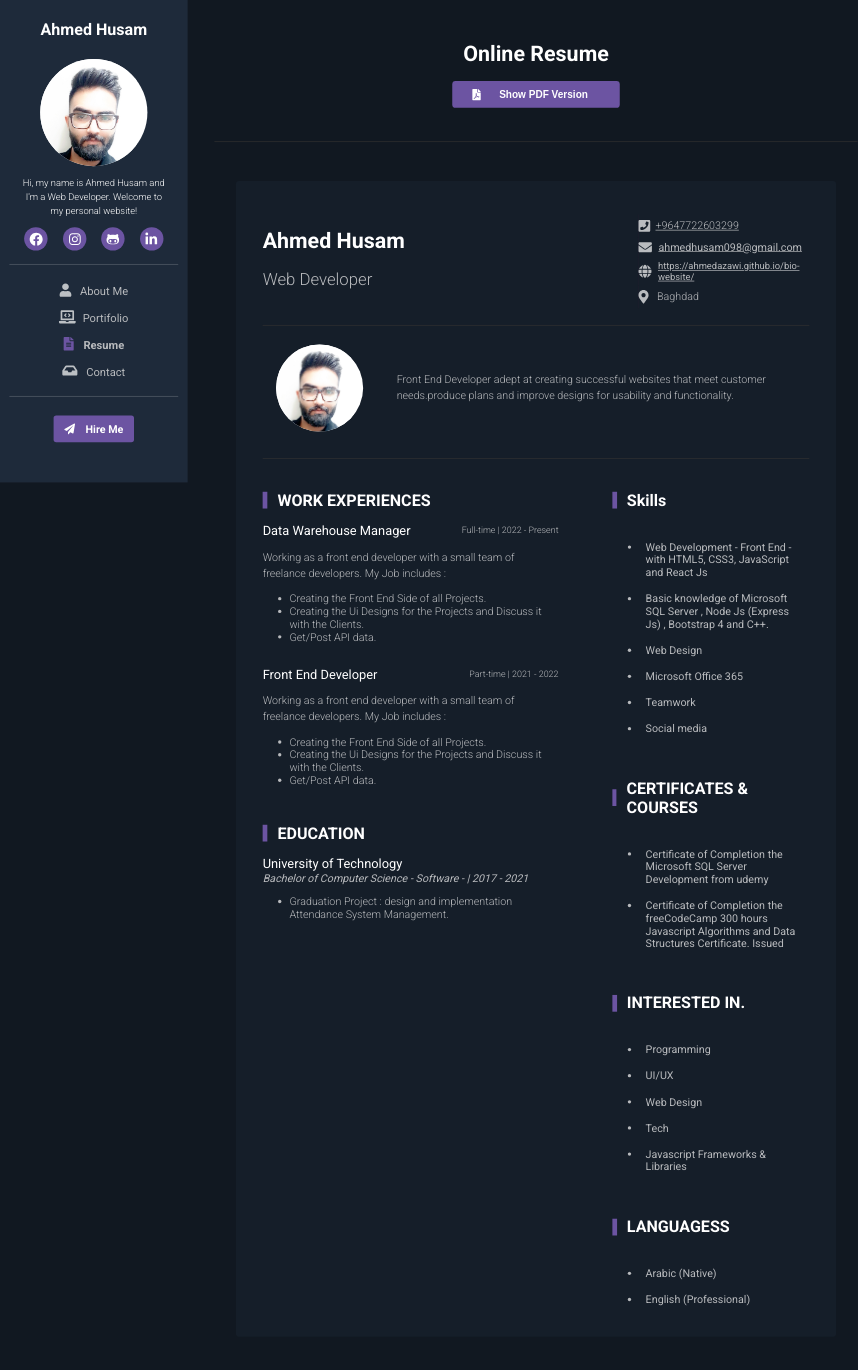
Repository: ahmedazawi/bio-website
Page: /bio-website/resume
These files come from the project's save history. The page is drawn as it stood at one moment and after the next save; the edit follows.
The browser window is 1280 px wide. The pictures show the whole page, at 67% of full size.
The project was rebuilt for these pictures with package versions that can differ from the ones it lists, and the page was loaded fresh each time. Also part of the build but not shown: src/assets/css/routes-files/about-me.css, src/components/home/Head.js, src/assets/css/routes-files/cards.css, src/components/home/Card.js, src/components/home/Cards.js, src/components/home/PojectsCard.js, src/components/home/Projects.js, src/views/AboutMe.js and 2 more.

Above is the page before, as saved 2022-08-05 11:38:15.

### public/index.html
<!DOCTYPE html>
<html lang="en">

<head>
  <meta charset="utf-8" />
  <link rel="icon" href="%PUBLIC_URL%/favicon.ico" />
  <!-- <meta name="viewport" content="width=device-width, initial-scale=1" /> -->
  <meta name="viewport" content="width=device-width">
  <meta name="theme-color" content="#000000" />
  <meta name="description" content="Web site created using create-react-app" />
  <link href="https://fonts.googleapis.com/css?family=Roboto:300,400,500,700" rel="stylesheet">
  <!--
      manifest.json provides metadata used when your web app is installed on a
      user's mobile device or desktop. See https://developers.google.com/web/fundamentals/web-app-manifest/
    -->
  <link rel="manifest" href="%PUBLIC_URL%/manifest.json" />
  <!--
      Notice the use of %PUBLIC_URL% in the tags above.
      It will be replaced with the URL of the `public` folder during the build.
      Only files inside the `public` folder can be referenced from the HTML.

      Unlike "/favicon.ico" or "favicon.ico", "%PUBLIC_URL%/favicon.ico" will
      work correctly both with client-side routing and a non-root public URL.
      Learn how to configure a non-root public URL by running `npm run build`.
    -->

  <title>Bio</title>
</head>

<body>
  <noscript>You need to enable JavaScript to run this app.</noscript>
  <div id="root"></div>
  <!--
      This HTML file is a template.
      If you open it directly in the browser, you will see an empty page.

      You can add webfonts, meta tags, or analytics to this file.
      The build step will place the bundled scripts into the <body> tag.

      To begin the development, run `npm start` or `yarn start`.
      To create a production bundle, use `npm run build` or `yarn build`.
    -->

</body>

</html>

### src/App.js
import "./assets/css/App.css";
import Sidebar from "./components/Sidebar";
import AboutMe from "./views/AboutMe";
import Resume from "./views/Resume";
import Portifolio from "./views/Portifolio";
import Contact from "./views/Contact";
import { BrowserRouter, Switch, Route } from "react-router-dom";

function App() {
  return (
    <div className="app">
      <BrowserRouter basename="/bio-website">
        <Sidebar />
        <div className="side-line">
          <Switch>
            <Route exact path="/" component={AboutMe} />
            <Route path="/resume" component={Resume} />
            <Route path="/portifolio" component={Portifolio} />
            <Route path="/contact" component={Contact} />
          </Switch>
        </div>
      </BrowserRouter>
    </div>
  );
}

export default App;

### src/assets/css/App.css
body {
  margin: 0;
  background: rgba(17, 24, 33);
  color: white;
  font-family: "Roboto";
  /* height: 100%; */
}
.app {
  display: flex;
  flex-direction: row;
  justify-content: flex-start;
}
.side-line {
  margin-left: 320px;
  width: 100%;
}
@media only screen and (max-width: 768px) {
  .app {
    flex-direction: column;
  }
  .side-line {
    margin-left: 0;
  }
}
.primary-btn {
  display: flex;
  flex-direction: row;
  border: none;
  color: rgba(255, 255, 255);
  cursor: pointer;
  width: 180px;
  height: 40px;
  background-color: rgb(108, 84, 162);
  justify-content: center;
  align-items: center;
  border-radius: 5px;
  font-weight: 300;
  transition: all 0.5s;
}
.primary-btn > span {
  margin-left: 10px;
  font-weight: bold;
  font-style: normal;
  font-size: 15px;
}
.primary-btn:hover {
  background-color: rgba(108, 84, 162, 0.8);
  transition: all 0.5s;
}
.secondary-btn {
  display: flex;
  flex-direction: row;
  border: none;
  color: rgba(255, 255, 255);
  cursor: pointer;
  width: 180px;
  height: 40px;
  background-color: rgb(48, 68, 91, 0.6);
  justify-content: center;
  align-items: center;
  border-radius: 5px;
  font-weight: 300;
  transition: all 0.5s;
}
.secondary-btn > span {
  margin-left: 10px;
  font-weight: bold;
  font-style: normal;
  font-size: 15px;
}
.secondary-btn:hover {
  background-color: rgb(48, 68, 91, 1);
  transition: all 0.5s;
}
/* ----------- portifolio & Contact page  ------------*/
.portifolio-header {
  display: flex;
  flex-direction: column;
  align-items: center;
  width: 100%;
}
.portifolio-header > h1 {
  margin-top: 60px;
}
.portifolio-header > p,
span {
  text-align: center;
  width: 70%;
  line-height: 1.5em;
  font-weight: lighter;
  color: rgb(184, 186, 189);
  margin: 0;
}
.portifolio-header > p > a {
  color: rgb(108, 84, 162);
  text-decoration: none;
  font-size: 18px;
}
.portifolio-header > p > a:hover {
  text-decoration: underline;
}
.portifolio-header .contact-icons {
  display: flex;
  flex-direction: row;
  flex-wrap: wrap;
  justify-content: space-between;
  width: 250px;
}
/* ----------------- */
/* ------------ resume page ------------ */
.resume {
  display: flex;
  flex-direction: column;
  align-items: center;
  justify-content: center;
  background-color: rgb(21, 30, 41);
  width: 85%;
  height: 100%;
  padding: 20px 40px;
  margin: 50px 0;
  border-radius: 5px;
}
.resume-head {
  display: flex;
  flex-direction: row;
  justify-content: flex-start;
  align-items: center;
  width: 100%;
}
.resume-head div:first-of-type {
  width: 80%;
}
.resume-head .resume-contact {
  margin-top: 25px;
  padding: 5px;
  display: flex;
  flex-direction: column;
  align-items: flex-start;
  color: rgb(185, 188, 191);
}

.resume-head .resume-contact > div {
  display: flex;
  flex-direction: row;
  align-items: center;
  padding: 5px 0;
  border-left: 1px solid rgb(30, 30, 43);
}
.resume-introduction {
  display: flex;
  flex-direction: row;
  align-items: center;
  padding: 20px;
}
.resume-intro-p {
  margin-left: 50px;
}
.resume-intro-p p {
  line-height: 1.5em;
  font-weight: lighter;
  color: rgb(184, 186, 189);
}

.resume-description {
  display: flex;
  flex-direction: row;
  justify-content: flex-start;
  width: 100%;
}

.resume-description p,
small {
  line-height: 1.5em;
  font-weight: lighter;
  color: rgb(184, 186, 189);
}
.resume-description big {
  color: white;
}
.resume-section-one {
  width: 60%;
  display: flex;
  flex-direction: column;
}
.resume-section-two {
  width: 40%;
  margin-left: 80px;
}
.resume-title {
  display: flex;
  flex-direction: row;
  align-items: center;
  margin-top: 20px;
}
.resume-title > div {
  width: 7px;
  height: 25px;
  background-color: rgb(108, 84, 162);
  margin-right: 15px;
}
.resume-inside-title {
  display: flex;
  flex-direction: row;
  align-items: center;
  justify-content: space-between;
}
.section-two-divs {
  display: flex;
  flex-direction: column;
  justify-content: flex-start;
  color: rgb(184, 186, 189);
}
.section-two-divs > ul > li {
  padding: 10px;
}
@media only screen and (max-width: 1060px) {
  .resume-description {
    flex-direction: column;
  }
  .resume-section-one {
    width: 100%;
    display: flex;
    flex-direction: column;
  }
  .resume-section-two {
    width: 100%;
    margin-left: 0;
  }
}
@media only screen and (max-width: 600px) {
  .resume {
    width: 70vw;
  }
  .resume-head {
    flex-direction: column;
    justify-content: center;
    align-items: flex-start;
    width: 100%;
  }
  .resume-introduction {
    flex-direction: column;
  }
  .resume-intro-p {
    margin-left: 0;
  }
  .resume-intro-p p {
    line-height: 1.5em;
    font-weight: lighter;
    color: rgb(184, 186, 189);
    text-align: center;
  }
}
@media only screen and (max-width: 300px) {
  .resume-contact > div {
    margin: 0;
    flex-wrap: wrap;
  }
  .resume-head {
    padding: 0;
  }
}

### src/views/Resume.js
import React from "react";
import Img from "../assets/images/20211023_173933.jpg";
import { FontAwesomeIcon } from "@fortawesome/react-fontawesome";
import {
  faFilePdf,
  faPhoneSquare,
  faEnvelope,
  faGlobe,
  faMapMarkerAlt,
} from "@fortawesome/free-solid-svg-icons";
const Resume = () => {
  return (
    <div
      style={{
        display: "flex",
        flexDirection: "column",
        alignItems: "center",
      }}
    >
      <div
        style={{
          display: "flex",
          flexDirection: "column",
          alignItems: "center",
          marginTop: "40px",
        }}
      >
        <h1>Online Resume</h1>
        <a
          href="https://drive.google.com/file/d/15pAaGeQzM7rIs7e_jr2EU6NALuMMxu7G/view?usp=sharing"
          style={{
            textDecoration: "none",
          }}
        >
          <button
            style={{ width: "250px", color: "white" }}
            className="primary-btn"
          >
            <FontAwesomeIcon icon={faFilePdf} size="lg" />
            <span style={{ color: "white" }}>Show PDF Version</span>
          </button>
        </a>
      </div>
      <hr
        style={{
          width: "100%",
          marginTop: "50px",
          border: "none",
          height: "1px",
          backgroundColor: "rgb(49, 48, 48)",
        }}
      />

      {/* -------------- */}
      <div className="resume">
        <div className="resume-head">
          <div>
            <h1>Ahmed Husam</h1>
            <span style={{ fontSize: "25px" }}>Web Developer</span>
          </div>
          <div className="resume-contact">
            <div>
              <FontAwesomeIcon icon={faPhoneSquare} size="lg" />
              <span style={{ textDecoration: "underline" }}>
                +9647722603299
              </span>
            </div>
            <div>
              <FontAwesomeIcon
                icon={faEnvelope}
                style={{ marginRight: "10px" }}
                size="lg"
              />
              <a
                href="mailto:ahmedhusam098@gmail.com"
                style={{ color: "rgb(184,186,189)" }}
              >
                ahmedhusam098@gmail.com
              </a>
            </div>
            <div>
              <FontAwesomeIcon
                icon={faGlobe}
                style={{ marginRight: "10px" }}
                size="lg"
              />
              <a
                href="https://ahmedazawi.github.io/bio-website/"
                style={{ color: "rgb(184,186,189)", fontSize: "14px" }}
              >
                https://ahmedazawi.github.io/bio-website/
              </a>
            </div>
            <div>
              <FontAwesomeIcon
                icon={faMapMarkerAlt}
                style={{ marginRight: "13px" }}
                size="lg"
              />
              <span style={{ color: "rgb(184,186,189)", marginLeft: "0" }}>
                Baghdad
              </span>
            </div>
          </div>
        </div>

        {/* -------- */}
        <hr
          style={{
            width: "100%",
            marginTop: "20px",
            border: "none",
            height: "1px",
            backgroundColor: "rgb(49, 48, 48)",
          }}
        />

        <div className="resume-introduction">
          <div>
            <div
              style={{ width: "130px", height: "130px" }}
              className="circle-img"
            >
              <img src={Img} alt="Portifolio-img" />
            </div>
          </div>
          <div className="resume-intro-p">
            <p>
              Front End Developer adept at creating successful websites that
              meet customer needs.produce plans and improve designs for
              usability and functionality.
            </p>
          </div>
        </div>
        <hr
          style={{
            width: "100%",
            marginTop: "20px",
            border: "none",
            height: "1px",
            backgroundColor: "rgb(49, 48, 48)",
          }}
        />

        <div className="resume-description">
          <div className="resume-section-one">
            <div className="resume-title">
              <div></div>
              <h2>WORK EXPERIENCES</h2>
            </div>
            <div>
              <div className="resume-inside-title">
                <big>Data Warehouse Manager</big>
                <small>Full-time | 2022 - Present</small>
              </div>
              <p>
                Working as a front end developer with a small team of freelance
                developers. My Job includes :
              </p>
              <ul
                style={{
                  fontWeight: "lighter",
                  color: "rgb(184, 186, 189) ",
                }}
              >
                <li>Creating the Front End Side of all Projects.</li>
                <li>
                  Creating the Ui Designs for the Projects and Discuss it with
                  the Clients.
                </li>
                <li>Get/Post API data.</li>
              </ul>
            </div>
            <br />
            <div>
              <div className="resume-inside-title">
                <big>Front End Developer</big>
                <small>Part-time | 2021 - 2022</small>
              </div>
              <p>
                Working as a front end developer with a small team of freelance
                developers. My Job includes :
              </p>
              <ul
                style={{
                  fontWeight: "lighter",
                  color: "rgb(184, 186, 189) ",
                }}
              >
                <li>Creating the Front End Side of all Projects.</li>
                <li>
                  Creating the Ui Designs for the Projects and Discuss it with
                  the Clients.
                </li>
                <li>Get/Post API data.</li>
              </ul>
            </div>
            <div className="resume-title">
              <div></div>
              <h2>EDUCATION</h2>
            </div>
            <div>
              <big style={{ marginBottom: "20px" }}>
                University of Technology
              </big>
              <br />
              <i style={{ color: "rgb(184,186,189)" }}>
                Bachelor of Computer Science - Software - | 2017 - 2021
              </i>
              <ul
                style={{
                  fontWeight: "lighter",
                  color: "rgb(184, 186, 189) ",
                }}
              >
                <li>
                  Graduation Project : design and implementation Attendance
                  System Management.
                </li>
              </ul>
            </div>
          </div>

          <div className="resume-section-two">
            <div className="resume-title">
              <div></div>
              <h2>Skills</h2>
            </div>
            <div className="section-two-divs">
              <ul>
                <li>
                  Web Development - Front End - with HTML5, CSS3, JavaScript and
                  React Js
                </li>
                <li>
                  Basic knowledge of Microsoft SQL Server , Node Js (Express Js)
                  , Bootstrap 4 and C++.
                </li>
                <li>Web Design</li>
                <li>Microsoft Office 365</li>
                <li>Teamwork</li>
                <li>Social media</li>
              </ul>
            </div>
            <div className="resume-title">
              <div></div>
              <h2>CERTIFICATES & COURSES</h2>
            </div>
            <div className="section-two-divs">
              <ul>
                <li>
                  Certificate of Completion the Microsoft SQL Server Development
                  from udemy
                </li>
                <li>
                  Certificate of Completion the freeCodeCamp 300 hours
                  Javascript Algorithms and Data Structures Certificate. Issued
                </li>
              </ul>
            </div>
            <div className="resume-title">
              <div></div>
              <h2>INTERESTED IN.</h2>
            </div>
            <div className="section-two-divs">
              <ul>
                <li>Programming</li>
                <li>UI/UX</li>
                <li>Web Design</li>
                <li>Tech</li>
                <li>Javascript Frameworks & Libraries</li>
              </ul>
            </div>
            <div className="resume-title">
              <div></div>
              <h2>LANGUAGESS</h2>
            </div>
            <div className="section-two-divs">
              <ul>
                <li>Arabic (Native)</li>
                <li>English (Professional)</li>
              </ul>
            </div>
          </div>
        </div>
      </div>
    </div>
  );
};

export default Resume;

### src/assets/css/sidebar.css
.sidebar {
  display: flex;
  flex-direction: column;
  align-items: center;
  position: fixed;
  width: 280px;
  height: 100%;
  background-color: rgba(30, 42, 58);
}
.navbar {
  background-color: rgba(30, 42, 58);
  min-width: 100%;
  height: 50px;
  /* top: -100px; */
  display: none;
  justify-content: flex-end;
  align-items: center;
  z-index: 3;
}
.section-one {
  display: flex;
  flex-direction: column;
  align-items: center;
}

.circle-img {
  width: 160px;
  height: 160px;
  border-radius: 50%;
  overflow: hidden;
  background-color: white;
  /* border: 1px solid rgba(108, 84, 162); */
}
.circle-img > img {
  width: 90%;
}
.section-one > p {
  text-align: center;
  font-weight: lighter;
  line-height: 1.5;
  font-size: 14px;
  width: 80%;
}
.social-circles {
  display: flex;
  flex-direction: row;
  justify-content: space-evenly;
  width: 90%;
}
.social-circles > div {
  width: 35px;
  height: 35px;
  border-radius: 50%;
  overflow: hidden;
  background: rgb(108, 84, 162);
  display: flex;
  justify-content: center;
  align-items: center;
}

.section-two {
  display: flex;
  flex-direction: column;
  align-items: center;
  width: 200px;
  margin-top: 20px;
}
.section-nav-link {
  text-decoration: none;
  color: rgb(188, 192, 196);
  transition: all 0.3s;
  -webkit-transition: all 0.3s;
  -moz-transition: all 0.3s;
  -ms-transition: all 0.3s;
  -o-transition: all 0.3s;
  font-weight: 600;
}
.section-nav-link:hover {
  color: white;
  transition: all 0.3s;
  -webkit-transition: all 0.3s;
  -moz-transition: all 0.3s;
  -ms-transition: all 0.3s;
  -o-transition: all 0.3s;
}
.nav-link {
  display: flex;
  flex-direction: row;
  /* align-items: center; */
  width: auto;
  height: 40px;
  font-size: 20px;
  /* margin-left: 15px; */
}

.nav-link > small {
  margin-left: 10px;
}
.hamburger {
  display: none;
  margin-right: 30px;
}

.bar {
  display: block;
  width: 25px;
  height: 3px;
  margin: 5px auto;
  -webkit-transition: all 0.3s ease-in-out;
  -moz-transition: all 0.3s ease-in-out;
  -ms-transition: all 0.3s ease-in-out;
  -o-transition: all 0.3s ease-in-out;
  transition: all 0.3s ease-in-out;
  background-color: white;
}

.bar-active {
  /* top: 0; */
  display: flex;
}
@media only screen and (max-width: 768px) {
  .sidebar {
    position: absolute;
    opacity: 0;
    -webkit-opacity: 0;
    flex-direction: column;
    width: 100%;
    height: 100%;
    border-bottom-right-radius: 10px;
    border-bottom-left-radius: 10px;
    transition: all 0.6s;
    -webkit-transition: all 0.3s;
    -moz-transition: all 0.3s;
    -ms-transition: all 0.3s;
    -o-transition: all 0.3s;
    text-align: center;
    box-shadow: 0 10px 27px rgba(0, 0, 0, 0.05);
    overflow: scroll;
    z-index: 1;
  }
  .sidebar-2 {
    top: -100%;
  }
  .sidebar.active {
    top: 0;
    transition: all 0.5s;
    opacity: 1;
    -webkit-opacity: 1;
    height: 100%;
  }
  .sidebar.active-2 {
    position: relative;
  }
  .hamburger {
    display: block;
    cursor: pointer;
  }

  .hamburger.active .bar:nth-child(2) {
    opacity: 0;
    -webkit-opacity: 0;
  }

  .hamburger.active .bar:nth-child(1) {
    transform: translateY(8px) rotate(45deg);
  }

  .hamburger.active .bar:nth-child(3) {
    transform: translateY(-8px) rotate(-45deg);
  }
  .navbar {
    display: flex;
    width: 100%;
  }
}

Loaded but not shown: src/index.js (common file); src/components/Sidebar.js (254 lines, source omitted)

After the next save:
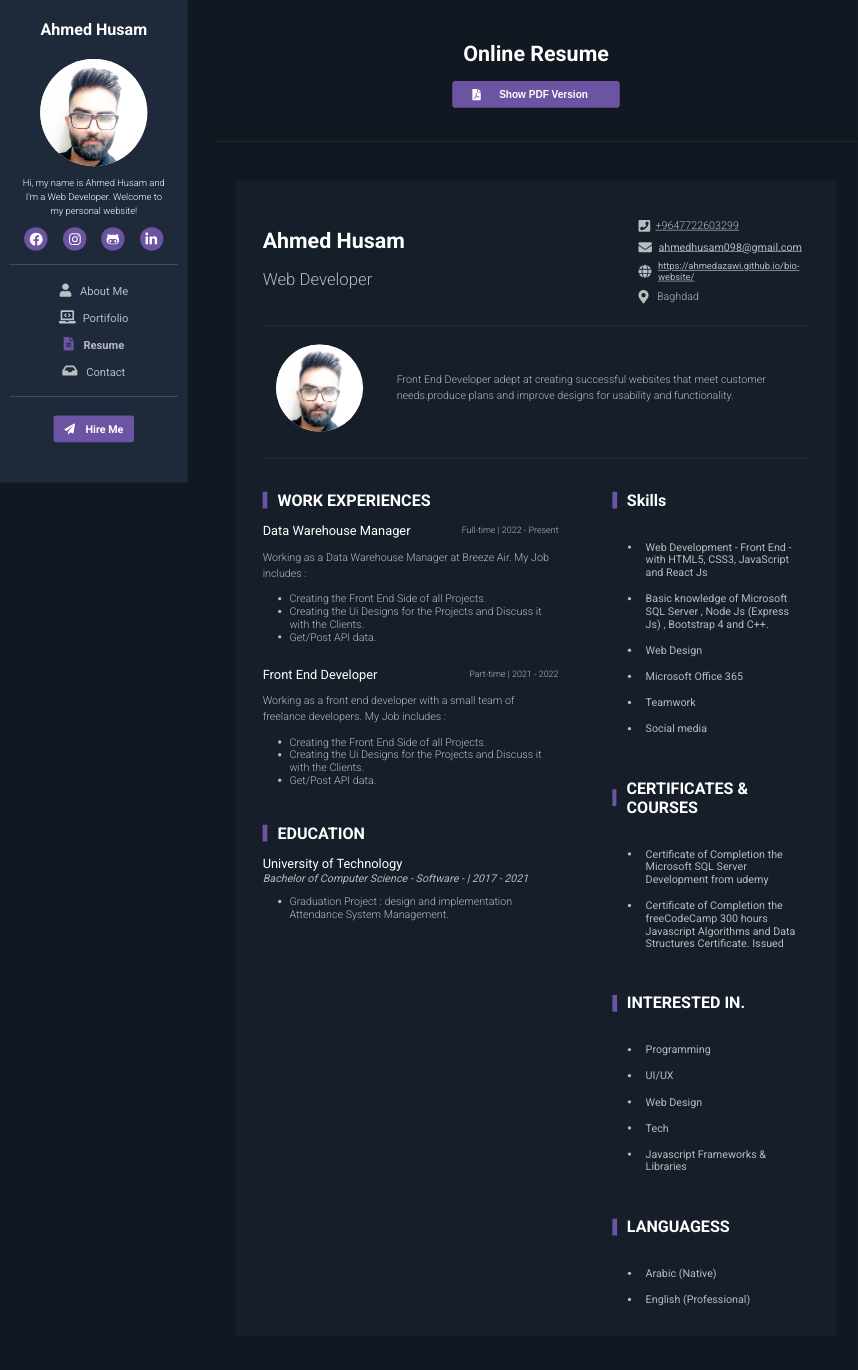
Saved 55 s later.
--- a/src/views/Resume.js
+++ b/src/views/Resume.js
@@ -154,8 +154,8 @@ const Resume = () => {
                 <small>Full-time | 2022 - Present</small>
               </div>
               <p>
-                Working as a front end developer with a small team of freelance
-                developers. My Job includes :
+                Working as a Data Warehouse Manager at Breeze Air. My Job
+                includes :
               </p>
               <ul
                 style={{
